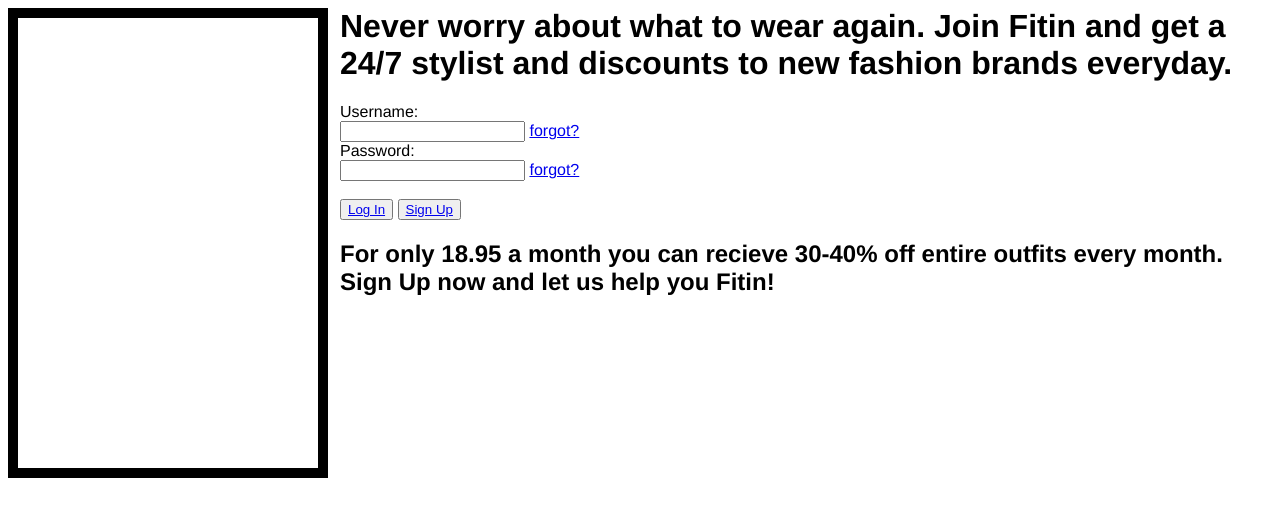
Repository: kesquili/kesquili.github.io
Page: fitin/login.html
The author's editor kept a record of every edit. The page is drawn from the files as they stood at one moment, then again after the next edit.
The browser window is 1280 px wide. The pictures show the whole page.

Above is the page before.

After the next edit:
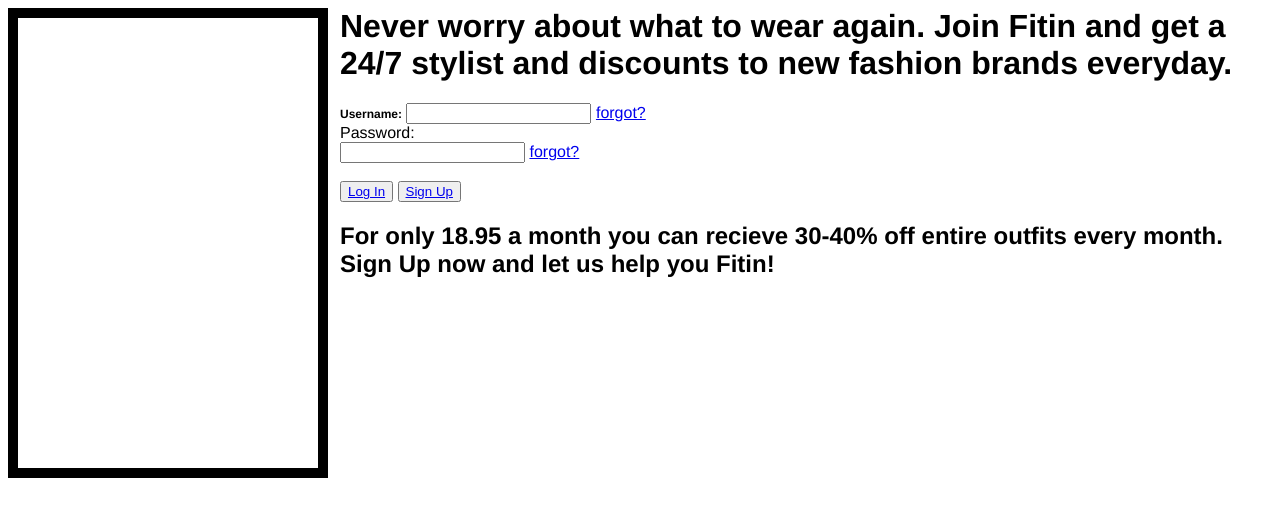
The edit:
--- a/fitin/login.html
+++ b/fitin/login.html
@@ -11,7 +11,7 @@
     </div>
      <div>
          <form action="action_page.php">
-            Username:<br>
+            <h6>Username:</h6>
             <input type="text" name="usename"> <a href="#"> forgot? </a>
             <br>
             Password:<br>
